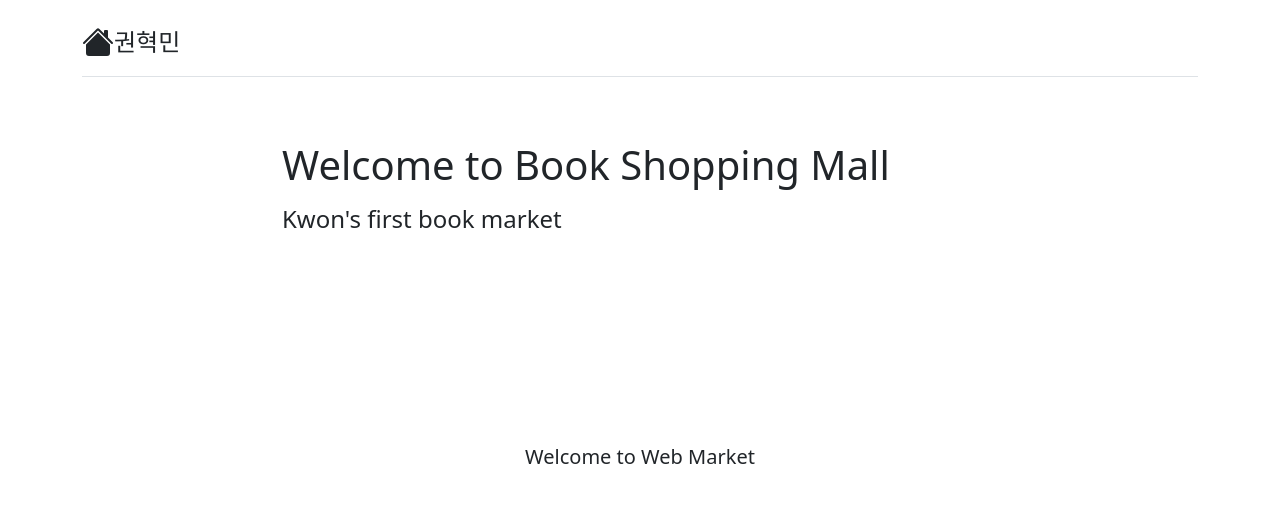
Repository: minn0701/JSP-Webbprogramming
Page: http://localhost/BookMarket/Welcome.jsp
The author's editor kept a copy of each file at every save. The page is drawn from the files as they stood at one save, then again after the next save.
The browser window is 1280 px wide. The pictures show the whole page.
The page is served by Tomcat 9.

Above is the page before, as saved 2024-03-20 13:22:51.

After the next save:
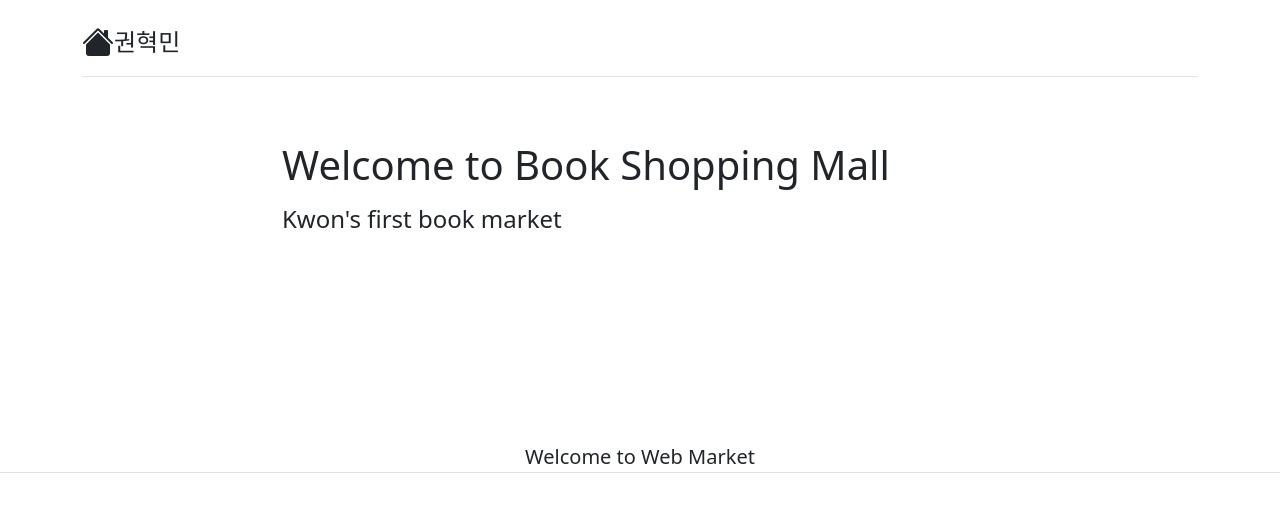
Saved 66 s later.
--- a/BookMarket/src/main/webapp/Welcome.jsp
+++ b/BookMarket/src/main/webapp/Welcome.jsp
@@ -50,6 +50,14 @@
 
 </div>
 
+<div>
+<header class="pb-3 mb-4 border-top">
+
+
+
+
+</div>
+
 
 </body>
 </html>
